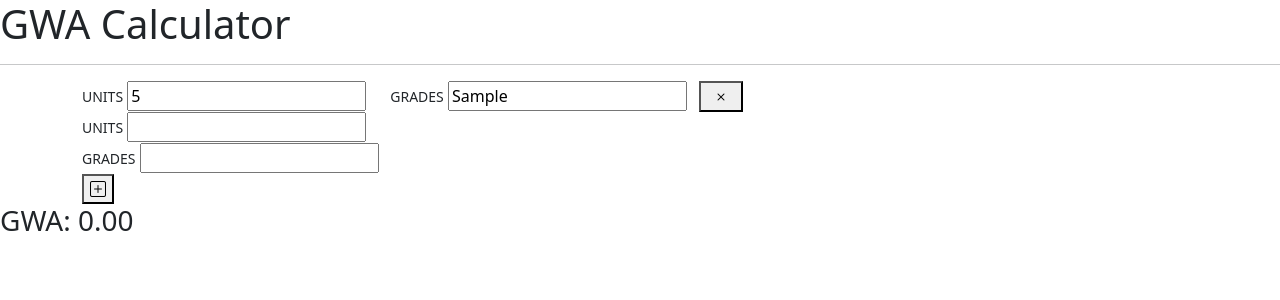
Repository: yonora/GWACalculator
Page: index.html
The author's editor kept a copy of each file at every save. The page is drawn from the files as they stood at one save, then again after the next save.
The browser window is 1280 px wide. The pictures show the whole page.
Empty fields were first filled with sample values (such as "Sample", 5 or name@example.com).
After loading, the first visible `button.col-auto` was clicked once.

Above is the page before, as saved 2025-01-07 22:50:46.

After the next save:
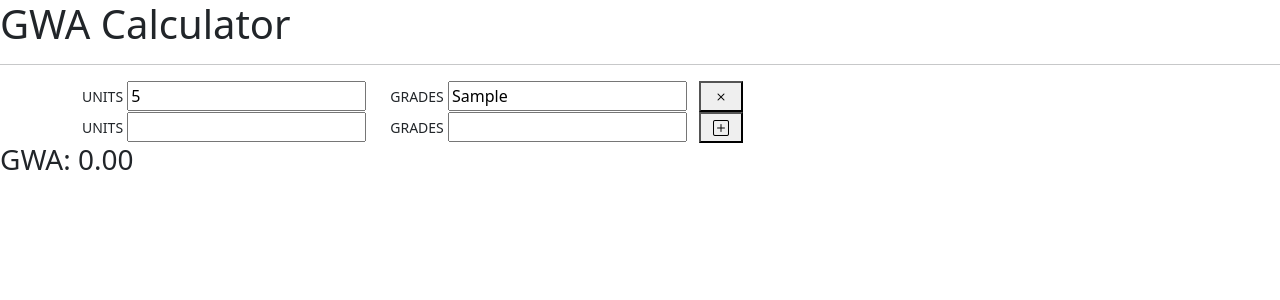
Saved 7 s later.
--- a/js.js
+++ b/js.js
@@ -8,7 +8,7 @@ function add(){
     console.log(`index: ${lastIndex}`);
     container.insertAdjacentHTML(
         'beforeend',
-        `<div class="grade-container" id=${lastIndex}>
+        `<div class=" row grade-container" id=${lastIndex}>
             <div class="col-auto">
                 <label class="col-form-label-sm">UNITS</label>
                 <input type="number" class="col-form-control units" min="1" oninput="getGWA()">
